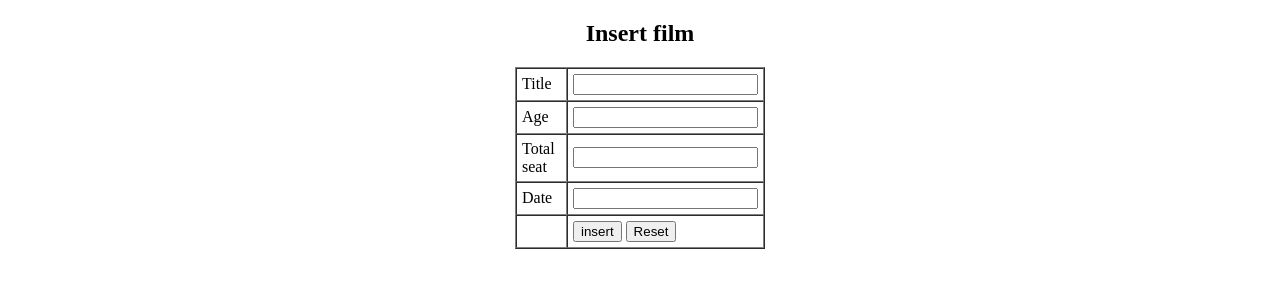
Repository: lmcoa15/Movie
Page: http://localhost/movie/admin/admin_Insert_film.jsp
The author's editor kept a copy of each file at every save. The page is drawn from the files as they stood at one save, then again after the next save.
The browser window is 1280 px wide. The pictures show the whole page.
The page is served by Tomcat 9. Other server files are loaded and not shown.

Above is the page before, as saved 2015-12-06 12:28:01.

### workspace/movie/WebContent/admin/admin_Insert_film.jsp
<%@ page language="java" contentType="text/html; charset=UTF-8"
    pageEncoding="UTF-8"%>
<!DOCTYPE html PUBLIC "-//W3C//DTD HTML 4.01 Transitional//EN" "http://www.w3.org/TR/html4/loose.dtd">
<html>
<head>
<meta http-equiv="Content-Type" content="text/html; charset=UTF-8">
<title>Insert title here</title>
</head>
<body>
<h2 align="center">Insert film</h2>
<form name=form1 method=post  action=film_control.jsp>
<table width="250" border="1"align="center" cellspacing="0"
												cellpadding="5">
	<tr>
		<td>Title</td>
		<td><input type="text" name="name_film" size=20></td>
	</tr>
	<tr>
		<td>Age</td>
		<td><input type="text" name="age_phase" size=20></td>
	</tr>
	<tr>
		<td>Total seat</td>
		<td><input type="text" name="seat_num" size=20></td>
	</tr>
	<tr>
		<td>Date</td>
		<td><input type="text" name="watch_date" size=20></td>
	</tr>

	<tr>
		<td></td>
		<td><input type="Submit" name="action" value="insert" size=2>
			<input type="reset" name="reset_button" value="Reset" size=2>
		</td>
	</tr>
</table>
</form>
</body>
</html>

After the next save:
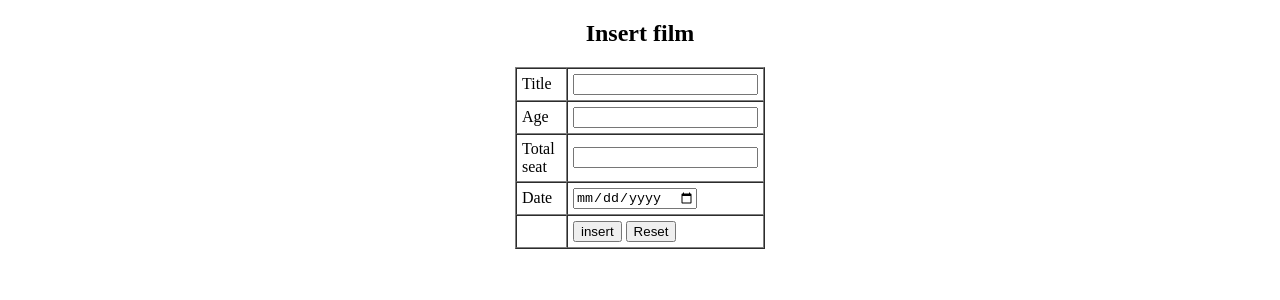
Saved 8 min 24 s later.
--- a/workspace/movie/WebContent/admin/admin_Insert_film.jsp
+++ b/workspace/movie/WebContent/admin/admin_Insert_film.jsp
@@ -25,7 +25,7 @@
 	</tr>
 	<tr>
 		<td>Date</td>
-		<td><input type="text" name="watch_date" size=20></td>
+		<td><input type="date" name="watch_date" size=20></td>
 	</tr>
 
 	<tr>
